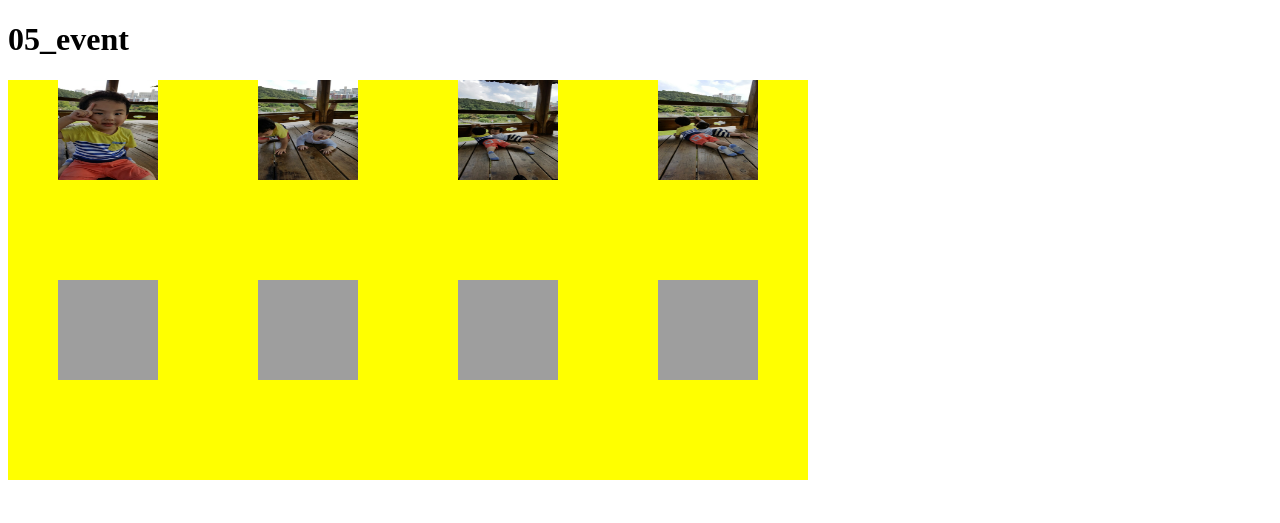
Repository: psun2/Korea-IT-Academy
Page: (back up) _ 오전/study_a/web_work/scriptProj/WebContent/dom/05_event.html
The author's editor kept a copy of each file at every save. The page is drawn from the files as they stood at one save, then again after the next save.
The browser window is 1280 px wide. The pictures show the whole page.
Pictures or frames that could not be fetched are drawn as grey boxes.

Above is the page before, as saved 2020-08-06 01:13:36.

After the next save:
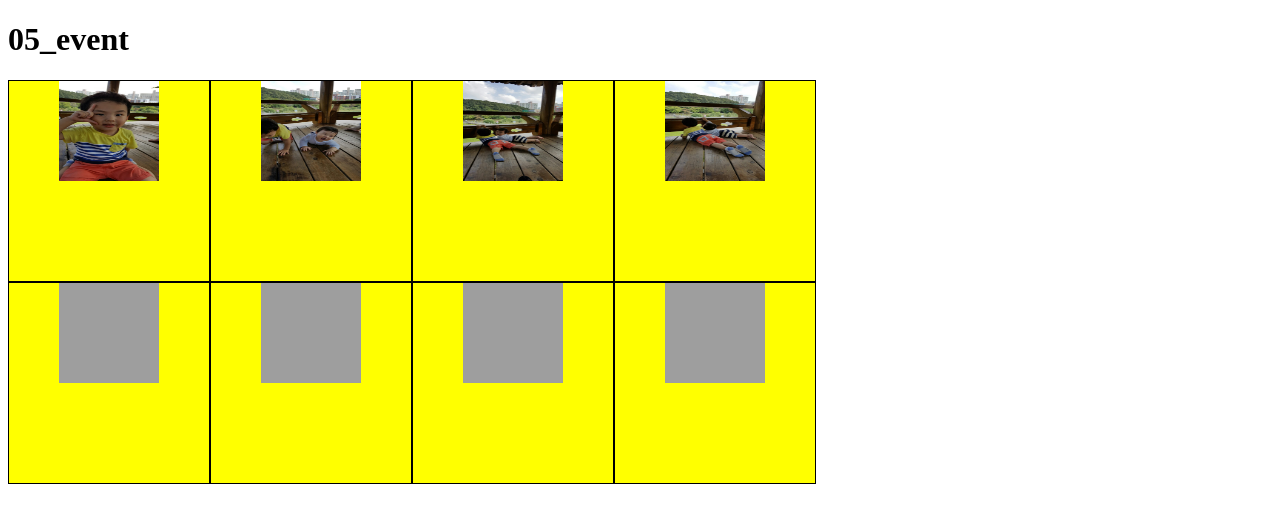
Saved 33 s later.
--- a/(back up) _ 오전/study_a/web_work/scriptProj/WebContent/dom/05_event.html
+++ b/(back up) _ 오전/study_a/web_work/scriptProj/WebContent/dom/05_event.html
@@ -10,6 +10,7 @@
 		float: left;
 		background: #ff0;
 		transition-duration:0.5s;
+		border: 1px solid #000;
 	}
 
 	 img{
